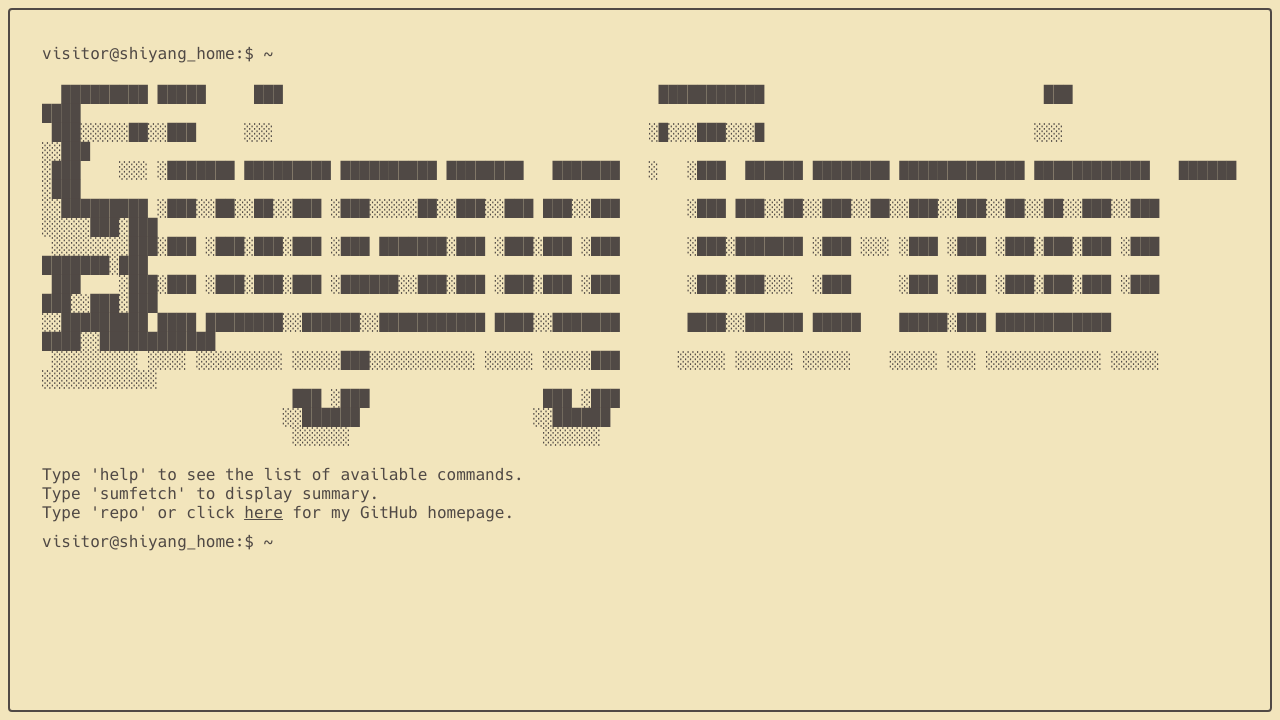
Repository: ShiyangLai/shiyanglai.github.io
Page: /
These files come from the project's save history. The page is drawn as it stood at one moment and after the next save; the edit follows.
The browser window is 1280 px wide. The pictures show the whole page.
The project was rebuilt for these pictures with package versions that can differ from the ones it lists, and the page was loaded fresh each time. The framework's server and built-in components were replaced by stand-ins that run in the browser. Also part of the build but not shown: next.config.js, src/utils/bin/commands.ts, src/utils/api.ts, src/utils/bin/api_commands.ts, src/utils/bin/sumfetch.ts.

Above is the page before, as saved 2024-04-15 15:38:44.

### config.json
{
  "readmeUrl": "https://raw.githubusercontent.com/ShiyangLai/shiyanglai.github.io/master/src/pages/readme.txt",
  "title": "Shiyang's Terminal",
  "name": "shiyang (lucas) lai",
  "ascii": "shiyang",
  "social": {
    "github": "github",
    "linkedin": "shiyang-lai-230365213",
    "linedin_name": "shiyang-lai"
  },
  "email": "shiyanglai@uchicago.edu",
  "ps1_hostname": "shiyang_home",
  "ps1_username": "visitor",
  "repo": "https://github.com/ShiyangLai",
  "google_scholar": "https://scholar.google.com/citations?user=qALDmfcAAAAJ&hl=en",
  "resume_url": "",
  "colors": {
    "dark": {
      "terminal.background":"#FEFBEC",
      "terminal.foreground":"#6E6B5E",
      "terminalCursor.background":"#6E6B5E",
      "terminalCursor.foreground":"#6E6B5E",
      "terminal.ansiBlack":"#FEFBEC",
      "terminal.ansiBlue":"#6684E1",
      "terminal.ansiBrightBlack":"#999580",
      "terminal.ansiBrightBlue":"#6684E1",
      "terminal.ansiBrightCyan":"#1FAD83",
      "terminal.ansiBrightGreen":"#60AC39",
      "terminal.ansiBrightMagenta":"#B854D4",
      "terminal.ansiBrightRed":"#D73737",
      "terminal.ansiBrightWhite":"#20201D",
      "terminal.ansiBrightYellow":"#AE9513",
      "terminal.ansiCyan":"#1FAD83",
      "terminal.ansiGreen":"#60AC39",
      "terminal.ansiMagenta":"#B854D4",
      "terminal.ansiRed":"#D73737",
      "terminal.ansiWhite":"#6E6B5E",
      "terminal.ansiYellow":"#AE9513"
    },
    "light": {
      "background":"#F2E5BC",
      "foreground":"#504945",
      "ansiBlack":"#F2E5BC",
      "ansiBlue":"#076678",
      "ansiBrightBlack":"#BDAE93",
      "ansiBrightBlue":"#076678",
      "ansiBrightCyan":"#427B58",
      "ansiBrightGreen":"#79740E",
      "ansiBrightMagenta":"#8F3F71",
      "ansiBrightRed":"#9D0006",
      "ansiBrightWhite":"#282828",
      "ansiBrightYellow":"#B57614",
      "ansiCyan":"#427B58",
      "ansiGreen":"#79740E",
      "ansiMagenta":"#8F3F71",
      "ansiRed":"#9D0006",
      "ansiWhite":"#504945",
      "ansiYellow":"#B57614"
    }
  }
}

### src/components/input.tsx
import React from 'react';
import { commandExists } from '../utils/commandExists';
import { shell } from '../utils/shell';
import { handleTabCompletion } from '../utils/tabCompletion';
import { Ps1 } from './Ps1';

export const Input = ({
  inputRef,
  containerRef,
  command,
  history,
  lastCommandIndex,
  setCommand,
  setHistory,
  setLastCommandIndex,
  clearHistory,
}) => {
  const onSubmit = async (event: React.KeyboardEvent<HTMLInputElement>) => {
    const commands: [string] = history
      .map(({ command }) => command)
      .filter((command: string) => command);

    if (event.key === 'c' && event.ctrlKey) {
      event.preventDefault();
      setCommand('');
      setHistory('');
      setLastCommandIndex(0);
    }

    if (event.key === 'l' && event.ctrlKey) {
      event.preventDefault();
      clearHistory();
    }

    if (event.key === 'Tab') {
      event.preventDefault();
      handleTabCompletion(command, setCommand);
    }

    if (event.key === 'Enter' || event.code === '13') {
      event.preventDefault();
      setLastCommandIndex(0);
      await shell(command, setHistory, clearHistory, setCommand);
      containerRef.current.scrollTo(0, containerRef.current.scrollHeight);
    }

    if (event.key === 'ArrowUp') {
      event.preventDefault();
      if (!commands.length) {
        return;
      }
      const index: number = lastCommandIndex + 1;
      if (index <= commands.length) {
        setLastCommandIndex(index);
        setCommand(commands[commands.length - index]);
      }
    }

    if (event.key === 'ArrowDown') {
      event.preventDefault();
      if (!commands.length) {
        return;
      }
      const index: number = lastCommandIndex - 1;
      if (index > 0) {
        setLastCommandIndex(index);
        setCommand(commands[commands.length - index]);
      } else {
        setLastCommandIndex(0);
        setCommand('');
      }
    }
  };

  const onChange = ({
    target: { value },
  }: React.ChangeEvent<HTMLInputElement>) => {
    setCommand(value);
  };

  return (
    <div className="flex flex-row space-x-2">
      <label htmlFor="prompt" className="flex-shrink">
        <Ps1 />
      </label>

      <input
        ref={inputRef}
        id="prompt"
        type="text"
        className={`bg-light-background dark:bg-dark-background focus:outline-none flex-grow ${
          commandExists(command) || command === ''
            ? 'text-dark-green'
            : 'text-dark-red'
        }`}
        value={command}
        onChange={onChange}
        autoFocus
        onKeyDown={onSubmit}
        autoComplete="off"
        spellCheck="false"
      />
    </div>
  );
};

export default Input;

### src/components/history/History.tsx
import React from 'react';
import { History as HistoryInterface } from './interface';
import { Ps1 } from '../Ps1';

export const History: React.FC<{ history: Array<HistoryInterface> }> = ({
  history,
}) => {
  return (
    <>
      {history.map((entry: HistoryInterface, index: number) => (
        <div key={entry.command + index}>
          <div className="flex flex-row space-x-2">
            <div className="flex-shrink">
              <Ps1 />
            </div>

            <div className="flex-grow">{entry.command}</div>
          </div>

          <p
            className="whitespace-pre-wrap mb-2"
            style={{ lineHeight: 'normal' }}
            dangerouslySetInnerHTML={{ __html: entry.output }}
          />
        </div>
      ))}
    </>
  );
};

export default History;

Loaded but not shown: src/pages/_app.tsx (common file); src/pages/index.tsx (common file); src/styles/global.css (common file); src/components/history/hook.ts (common file); src/utils/bin/index.ts (common file); src/utils/commandExists.ts (common file); src/utils/shell.ts (common file); src/utils/tabCompletion.ts (common file); src/components/Ps1.tsx (common file); tailwind.config.js (common file)

After the next save:
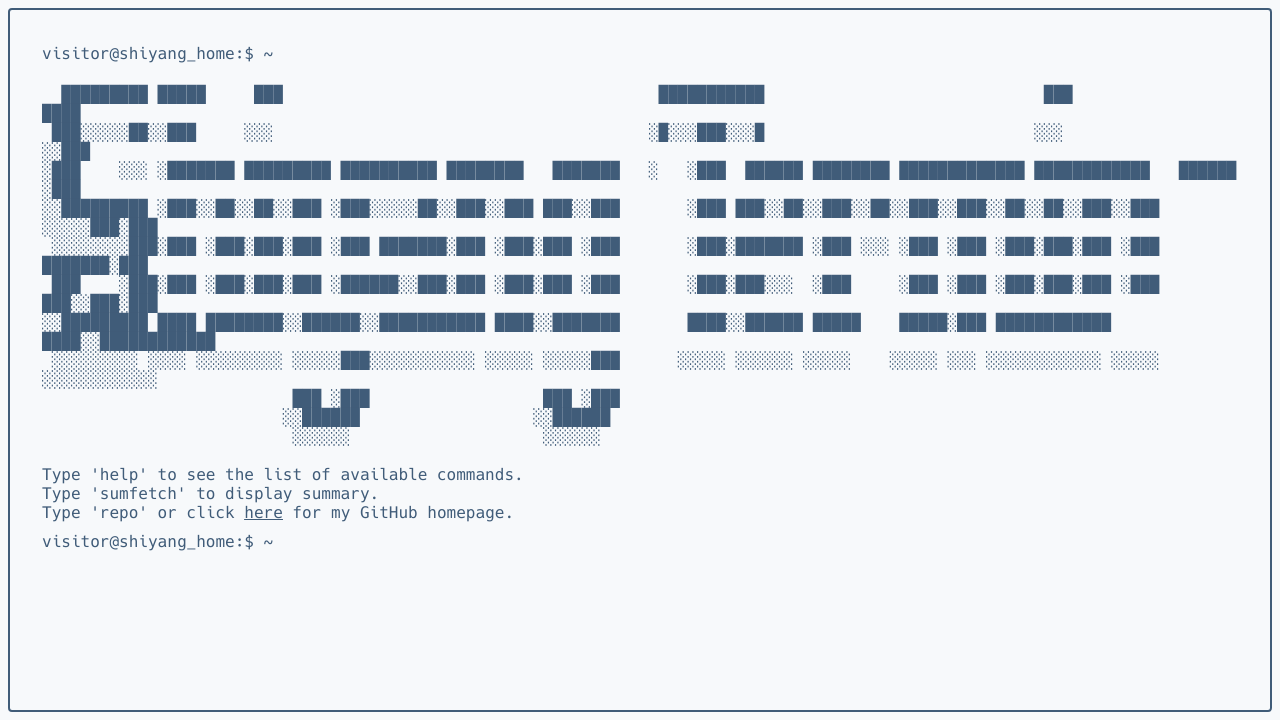
Saved 2 min 37 s later.
--- a/config.json
+++ b/config.json
@@ -16,46 +16,48 @@
   "resume_url": "",
   "colors": {
     "dark": {
-      "terminal.background":"#FEFBEC",
-      "terminal.foreground":"#6E6B5E",
-      "terminalCursor.background":"#6E6B5E",
-      "terminalCursor.foreground":"#6E6B5E",
-      "terminal.ansiBlack":"#FEFBEC",
-      "terminal.ansiBlue":"#6684E1",
-      "terminal.ansiBrightBlack":"#999580",
-      "terminal.ansiBrightBlue":"#6684E1",
-      "terminal.ansiBrightCyan":"#1FAD83",
-      "terminal.ansiBrightGreen":"#60AC39",
-      "terminal.ansiBrightMagenta":"#B854D4",
-      "terminal.ansiBrightRed":"#D73737",
-      "terminal.ansiBrightWhite":"#20201D",
-      "terminal.ansiBrightYellow":"#AE9513",
-      "terminal.ansiCyan":"#1FAD83",
-      "terminal.ansiGreen":"#60AC39",
-      "terminal.ansiMagenta":"#B854D4",
-      "terminal.ansiRed":"#D73737",
-      "terminal.ansiWhite":"#6E6B5E",
-      "terminal.ansiYellow":"#AE9513"
+      "background":"#0B1C2C",
+      "foreground":"#CBD6E2",
+      "terminalCursor.background":"#CBD6E2",
+      "terminalCursor.foreground":"#CBD6E2",
+      "terminal.ansiBlack":"#0B1C2C",
+      "terminal.ansiBlue":"#8B56BF",
+      "terminal.ansiBrightBlack":"#627E99",
+      "terminal.ansiBrightBlue":"#8B56BF",
+      "terminal.ansiBrightCyan":"#568BBF",
+      "terminal.ansiBrightGreen":"#56BF8B",
+      "terminal.ansiBrightMagenta":"#BF568B",
+      "terminal.ansiBrightRed":"#BF8B56",
+      "terminal.ansiBrightWhite":"#F7F9FB",
+      "terminal.ansiBrightYellow":"#8BBF56",
+      "terminal.ansiCyan":"#568BBF",
+      "terminal.ansiGreen":"#56BF8B",
+      "terminal.ansiMagenta":"#BF568B",
+      "terminal.ansiRed":"#BF8B56",
+      "terminal.ansiWhite":"#CBD6E2",
+      "terminal.ansiYellow":"#8BBF56"
     },
     "light": {
-      "background":"#F2E5BC",
-      "foreground":"#504945",
-      "ansiBlack":"#F2E5BC",
-      "ansiBlue":"#076678",
-      "ansiBrightBlack":"#BDAE93",
-      "ansiBrightBlue":"#076678",
-      "ansiBrightCyan":"#427B58",
-      "ansiBrightGreen":"#79740E",
-      "ansiBrightMagenta":"#8F3F71",
-      "ansiBrightRed":"#9D0006",
-      "ansiBrightWhite":"#282828",
-      "ansiBrightYellow":"#B57614",
-      "ansiCyan":"#427B58",
-      "ansiGreen":"#79740E",
-      "ansiMagenta":"#8F3F71",
-      "ansiRed":"#9D0006",
-      "ansiWhite":"#504945",
-      "ansiYellow":"#B57614"
+      "background":"#F7F9FB",
+      "foreground":"#405C79",
+      "terminalCursor.background":"#405C79",
+      "terminalCursor.foreground":"#405C79",
+      "terminal.ansiBlack":"#F7F9FB",
+      "terminal.ansiBlue":"#8B56BF",
+      "terminal.ansiBrightBlack":"#AABCCE",
+      "terminal.ansiBrightBlue":"#8B56BF",
+      "terminal.ansiBrightCyan":"#568BBF",
+      "terminal.ansiBrightGreen":"#56BF8B",
+      "terminal.ansiBrightMagenta":"#BF568B",
+      "terminal.ansiBrightRed":"#BF8B56",
+      "terminal.ansiBrightWhite":"#0B1C2C",
+      "terminal.ansiBrightYellow":"#8BBF56",
+      "terminal.ansiCyan":"#568BBF",
+      "terminal.ansiGreen":"#56BF8B",
+      "terminal.ansiMagenta":"#BF568B",
+      "terminal.ansiRed":"#BF8B56",
+      "terminal.ansiWhite":"#405C79",
+      "terminal.ansiYellow":"#8BBF56"
     }
   }
 }
